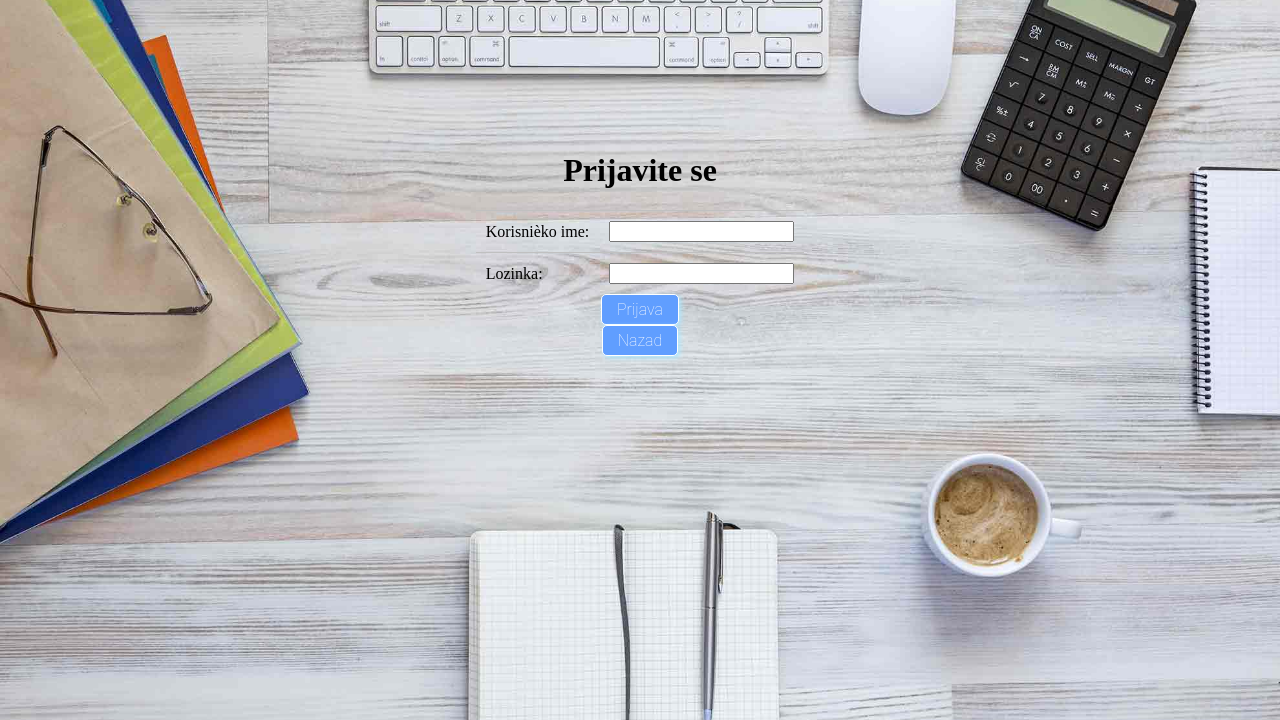
Repository: KristijanPetkovic/java-applet-video-library
Page: Projekti/www.videoteka.com/WebContent/login.html
An editor plug-in stored every save of this project. The page is shown before and after the next save, followed by the edit.
The browser window is 1280 px wide. The pictures show the whole page.

Above is the page before, as saved 2019-01-12 19:51:39.

After the next save:
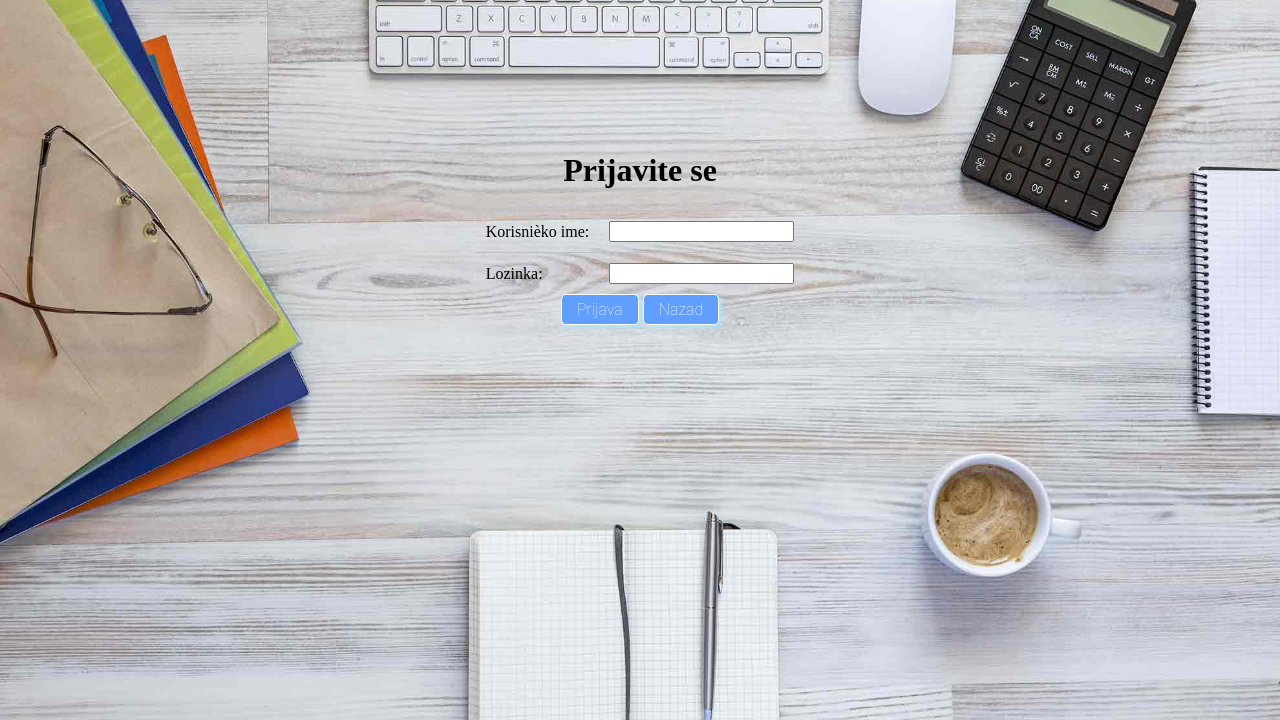
Saved 17 s later.
--- a/Projekti/www.videoteka.com/WebContent/login.html
+++ b/Projekti/www.videoteka.com/WebContent/login.html
@@ -18,7 +18,7 @@
 					<td> <input name="sifra" type="password"> </td>
 				</tr>
 			</table>
-			<input class="color-change" name="prijava" type="submit" value="Prijava" formaction="LoginServlet"><br>
+			<input class="color-change" name="prijava" type="submit" value="Prijava" formaction="LoginServlet">
 			<input class="color-change" type="button" onclick="location.href='./pocetna.html';" value="Nazad" />
 
 		</form>
